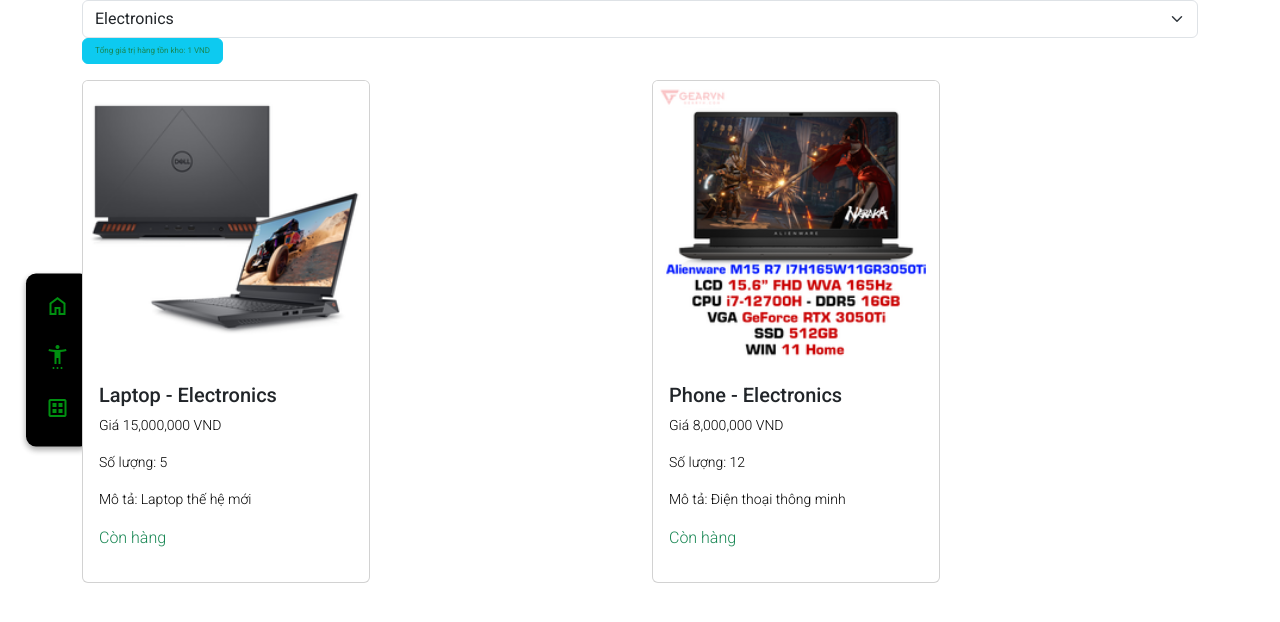
Repository: tuankiet10920/homeworkFEF
Page: /about
The author's editor kept a copy of each file at every save. The page is drawn from the files as they stood at one save, then again after the next save.
The browser window is 1280 px wide. The pictures show the whole page.
The project was rebuilt for these pictures with package versions that can differ from the ones it lists, and the page was loaded fresh each time. Also part of the build but not shown: vite.config.js, src/views/HomeView.vue.

Above is the page before, as saved 2024-10-23 22:40:19.

### index.html
<!doctype html>
<html lang="en">
  <head>
    <meta charset="UTF-8" />
    <link rel="icon" href="/favicon.ico" />
    <meta name="viewport" content="width=device-width, initial-scale=1.0" />
    <link
      href="https://cdn.jsdelivr.net/npm/bootstrap@5.3.3/dist/css/bootstrap.min.css"
      rel="stylesheet"
      integrity="sha384-QWTKZyjpPEjISv5WaRU9OFeRpok6YctnYmDr5pNlyT2bRjXh0JMhjY6hW+ALEwIH"
      crossorigin="anonymous"
    />
    <link
      rel="stylesheet"
      href="https://fonts.googleapis.com/css2?family=Material+Symbols+Outlined:opsz,wght,FILL,GRAD@20..48,100..700,0..1,-50..200"
    />
    <link rel="preconnect" href="https://fonts.googleapis.com" />
    <link rel="preconnect" href="https://fonts.gstatic.com" crossorigin />
    <link
      href="https://fonts.googleapis.com/css2?family=Roboto:ital,wght@0,100;0,300;0,400;0,500;0,700;0,900;1,100;1,300;1,400;1,500;1,700;1,900&display=swap"
      rel="stylesheet"
    />
    <title>Vite App</title>
    <link rel="stylesheet" href="./src/assets/css/main.css" />
  </head>
  <body>
    <div id="app"></div>
    <script
      src="https://cdn.jsdelivr.net/npm/bootstrap@5.3.3/dist/js/bootstrap.bundle.min.js"
      integrity="sha384-YvpcrYf0tY3lHB60NNkmXc5s9fDVZLESaAA55NDzOxhy9GkcIdslK1eN7N6jIeHz"
      crossorigin="anonymous"
    ></script>
    <script type="module" src="/src/main.js"></script>
  </body>
</html>

### src/assets/css/main.css
* {
  margin: 0;
  padding: 0;
  box-sizing: border-box;
  text-decoration: none;
  color: #000;
  font-size: 16px;
  font-family: 'Roboto', sans-serif;
  font-weight: 300;
  font-style: normal;
}

### src/App.vue
<script setup>
import { RouterLink, RouterView } from 'vue-router'
import GetSrcImage from './assets/help/getSrcImage.js'
import Icon from './components/Icon.vue'
</script>

<template>
  <header>
    <div class="wrapper">
      <nav>
        <RouterLink to="/">
          <Icon iconName="home" />
        </RouterLink>

        <RouterLink to="/about">
          <Icon iconName="settings_accessibility" />
        </RouterLink>

        <RouterLink to="/labs">
          <Icon iconName="dataset" />
        </RouterLink>
      </nav>
    </div>
  </header>
  <RouterView />
</template>

<style scoped>
.wrapper nav a {
  margin-bottom: 20px;
  width: fit-content;
  text-decoration: none;
}
.wrapper nav a span {
  color: #009011;
}
.wrapper nav a:last-child {
  margin-bottom: 0;
}
nav {
  display: flex;
  flex-direction: column;
  justify-content: center;
  position: absolute;
  top: 50%;
  left: 2%;
  transform: translateY(-50%);
  padding: 20px;
  border-radius: 10px;
  background: #000;
  box-shadow:
    rgba(0, 0, 0, 0.16) 0px 3px 6px,
    rgba(0, 0, 0, 0.23) 0px 3px 6px;
}
</style>

### src/router/index.js
import { createRouter, createWebHistory } from 'vue-router'
import HomeView from '../views/HomeView.vue'

const router = createRouter({
  history: createWebHistory(import.meta.env.BASE_URL),
  routes: [
    {
      path: '/',
      name: 'home',
      component: HomeView,
    },
    {
      path: '/about',
      name: 'about',
      // route level code-splitting
      // this generates a separate chunk (About.[hash].js) for this route
      // which is lazy-loaded when the route is visited.
      component: () => import('../views/AboutView.vue'),
    },
    {
      path: '/labs',
      name: 'labs',
      component: () => import('../views/LabView.vue'),
    }
  ],
})

export default router

### src/assets/help/getSrcImage.js
const getSrcImage = (image) => {
    let __path = 'http://localhost:5173/src/assets/img/'
    return __path + image
}
export default getSrcImage

### src/components/Icon.vue
<script setup>
const props = defineProps(['iconName'])
</script>
<template>
  <span class="material-symbols-outlined"> {{ props.iconName }} </span>
</template>
<style scoped></style>

### src/views/AboutView.vue
<script setup>
import Bai4 from '../Labs/Lab3/Bai4.vue'
</script>
<template>
  <Bai4 />
</template>

<style></style>

### src/Labs/Lab3/Bai4.vue
<script setup>
import { reactive, ref, computed } from 'vue'
import Alienware from '../../assets/img/alienware-g15.webp'
import getSrcImage from '@/assets/help/getSrcImage'
const product = reactive([
  {
    id: 1,
    name: 'Laptop',
    price: 15000000,
    quantity: 5,
    category: 'Electronics',
    inStock: true,
    description: 'Laptop thế hệ mới',
    imageUrl: 'alienware-g15.webp',
  },
  {
    id: 2,
    name: 'Phone',
    price: 8000000,
    quantity: 12,
    category: 'Electronics',
    inStock: true,
    description: 'Điện thoại thông minh',
    imageUrl: 'alienware-m15.webp',
  },
  {
    id: 3,
    name: 'Headphone',
    price: 2000000,
    quantity: 0,
    category: 'Accessories',
    inStock: false,
    description: 'Tai nghe chất lượng cao',
    imageUrl: 'alienware-r2.avif',
  },
])

const selectedCategory = ref('Electronics')

const filterProductList = computed(() => {
  if (!selectedCategory.value) {
    return product
  }
  return product.filter(item => item.category === selectedCategory.value)
})
</script>
<template>
  <div class="container">
    <select
      class="form-select"
      v-model="selectedCategory"
      aria-label="Default select example"
    >
      <option value="">Open this select menu</option>
      <option value="Electronics">Electronics</option>
      <option value="Accessories">Accessories</option>
    </select>
    <p class="text-success btn btn-info">Tổng giá trị hàng tồn kho: 1 VND</p>
    <div class="row">
      <div class="col" v-for="item in filterProductList">
        <div class="card" style="width: 18rem">
          <img
            :src="getSrcImage(item.imageUrl)"
            class="card-img-top"
            alt="alienware-g15"
          />
          <div class="card-body">
            <h5 class="card-title">{{ item.name }} - {{ item.category }}</h5>
            <p class="card-text">Giá {{ item.price.toLocaleString() }} VND</p>
            <p class="card-text">Số lượng: {{ item.quantity }}</p>
            <p class="card-text">Mô tả: {{ item.description }}</p>
            <p
              :class="{
                'text-danger': !item.inStock,
                'text-success': item.inStock,
              }"
              v-html="item.inStock ? 'Còn hàng' : 'Hết hàng'"
            ></p>
          </div>
        </div>
      </div>
    </div>
  </div>
</template>
<style scoped>
.card-text {
  font-size: 14px;
}
.btn {
  font-size: 8px;
}
</style>

Loaded but not shown: src/main.js (common file)

After the next save:
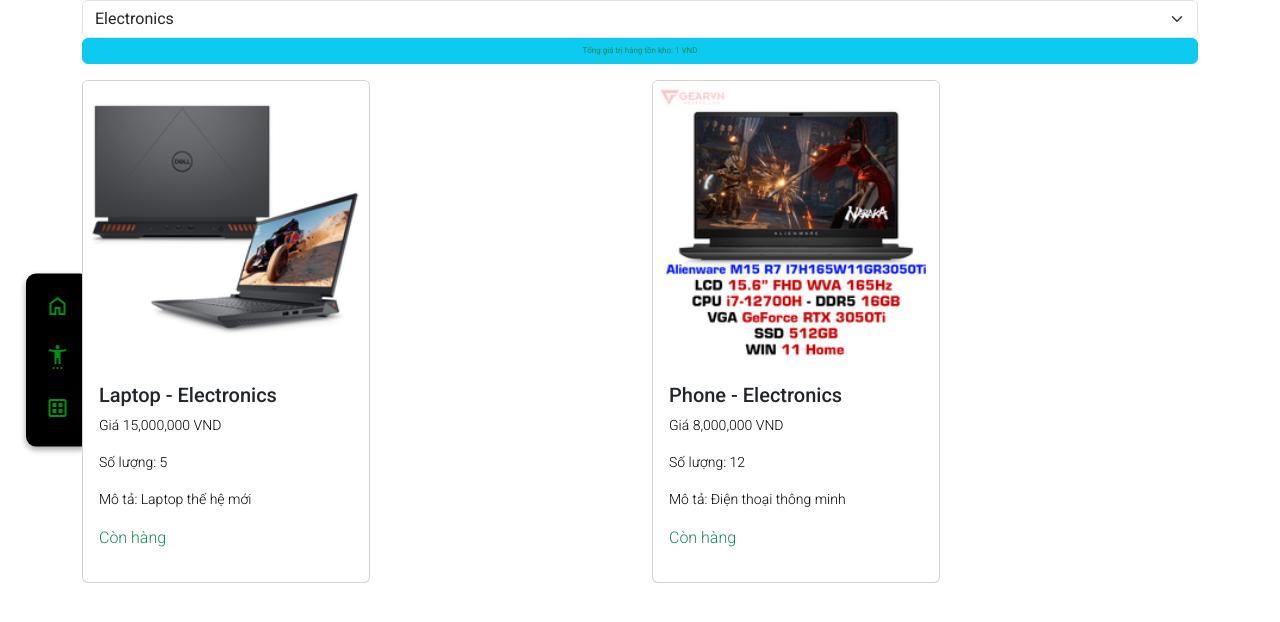
Saved 10 s later.
--- a/src/Labs/Lab3/Bai4.vue
+++ b/src/Labs/Lab3/Bai4.vue
@@ -55,7 +55,9 @@
       <option value="Electronics">Electronics</option>
       <option value="Accessories">Accessories</option>
     </select>
-    <p class="text-success btn btn-info">Tổng giá trị hàng tồn kho: 1 VND</p>
+    <p class="text-success btn btn-info" style="width: 100%">
+      Tổng giá trị hàng tồn kho: 1 VND
+    </p>
     <div class="row">
       <div class="col" v-for="item in filterProductList">
         <div class="card" style="width: 18rem">
